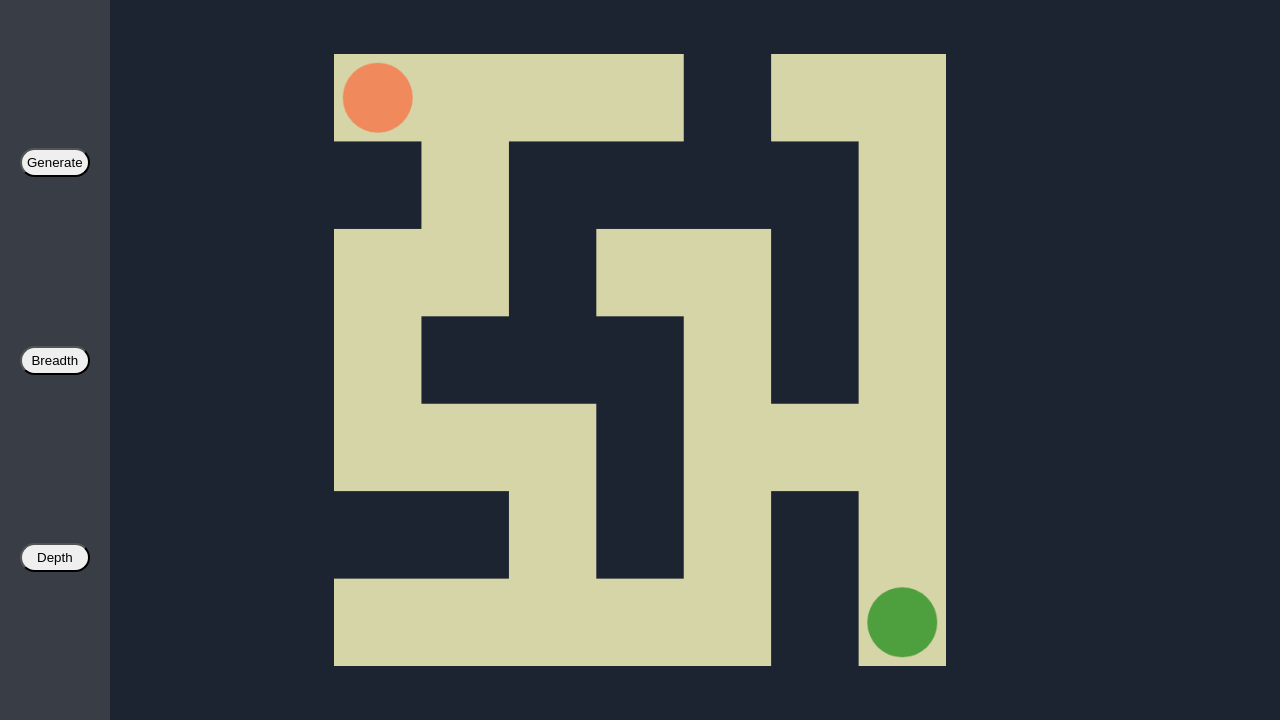
Repository: 2Friendly4You/advanced-maze-solver
Page: index.html
These files come from the project's save history. The page is drawn as it stood at one moment and after the next save; the edit follows.
The browser window is 1280 px wide. The pictures show the whole page.

Above is the page before, as saved 2022-09-20 14:20:25.

### index.html
<!DOCTYPE html>
<html lang="en">
<head>
    <meta charset="UTF-8">
    <meta http-equiv="X-UA-Compatible" content="IE=edge">
    <meta name="viewport" content="width=device-width, initial-scale=1.0">
    <title>Search Algorithms</title>
    <link rel="icon" type="image/x-icon" href=/images/favicon.ico">
    <link rel="stylesheet" href="styles.css">
    <script src="script.js" defer></script>
</head>
<body>
    <div class="buttonContainer">
        <button id="generateButton">Generate</button>
        <button id="breadthButton">Breadth</button>
        <button id="depthButton">Depth</button>
    </div>

    <canvas width="700" height="700"></canvas>
</body>
</html>

### styles.css
* {
    margin: 0;
    padding: 0;
}

body {
    background-color: #1B2430;
    width: 100%;
    height: 100%;
    display: flex;
    justify-items: center;
    align-items: center;
}

canvas {
    background-color: #1B2430;
    position: absolute;
    height: 85vmin;
    aspect-ratio: 1 / 1;
    resize: none;

    top: 50%;
    left: 50%;
    transform: translate(-50%, -50%);
}

.buttonContainer {
    background-color: #393E46;
    display: flex;
    flex-direction: column;
    justify-content: space-evenly;
    height: 100vh;
}

button {
    margin: 20px;
    border-radius: 20px;
    padding: 5px;
}

### script.js
// TODO low priority - change drawing so that only changed elements are redrawn
const EMPTY_COLOR = "#D6D5A8";
const WALL_COLOR = "#1B2430";
const VISITED_COLOR = "gray";
const PATH_COLOR = "#FF2E63"
const START_COLOR = "#F08A5D"
const END_COLOR = "#4E9F3D"

function Maze(canvas, ctx) {
    this.canvas = canvas
    this.ctx = ctx;
}

Maze.prototype = {

    setProperties(grid, start, end) {
        this.grid = grid;
        this.start = start;
        this.end = end;
        this.width = this.canvas.width / this.grid[0].length;
        this.height = this.canvas.height / this.grid.length;
    },

    draw(visited) {
        for(let r = 0; r < this.grid.length; ++r) {
            for(let c = 0; c < this.grid[0].length; ++c) {
                this.ctx.beginPath();
                this.ctx.fillStyle = EMPTY_COLOR;
                if(this.grid[r][c] == 1) {
                    this.ctx.fillStyle = WALL_COLOR;
                }
                if(typeof visited !== 'undefined' && visited.has([r, c].toString())) {
                    this.ctx.fillStyle = VISITED_COLOR;
                }
                this.ctx.fillRect(c * this.width, r * this.height, this.width, this.height);
            }
        }
        this.drawStartAndEnd();
    },

    drawStartAndEnd() {
        const drawCircle = (tile, color) => {
            this.ctx.beginPath();
            this.ctx.arc(tile[1] * this.width + this.width / 2, tile[0] * this.height + this.height / 2, this.width / 2.5, 0, Math.PI * 2);
            this.ctx.fillStyle = color;
            this.ctx.fill();
        }
        drawCircle(this.start, START_COLOR);
        drawCircle(this.end, END_COLOR);
    },

    drawPath(path) {
        for(const tile of path) {
            let [r, c] = tile;
            this.ctx.fillStyle = PATH_COLOR;
            this.ctx.fillRect(c * this.width, r * this.height, this.width, this.height);
        }
        this.drawStartAndEnd();
    },

    checkMovable(curr) {
        let [r, c] = curr;
        return 0 <= r && r < this.grid.length &&
               0 <= c && c < this.grid[0].length &&
               this.grid[r][c] == 0;
    },

    getAdjs(tile) {
        let [r, c] = tile;
        let possAdjs = [[r - 1, c], [r, c + 1], [r + 1, c], [r, c - 1]];
        return possAdjs.filter((possAdj) => this.checkMovable(possAdj));
    },

    getGenerationAdjs(curr) {
        let [r, c] = curr;
        let possPairs = [
            [[r - 1, c], [r - 2, c]],
            [[r, c + 1], [r, c + 2]],
            [[r + 1, c], [r + 2, c]],
            [[r, c - 1], [r, c - 2]]
        ];
        possPairs = possPairs.filter((possPair) => this.checkMovable(possPair[1]))

        const shuffle = (arr) => {
            for (let i = arr.length - 1; i > 0; i--) {
                const j = Math.floor(Math.random() * (i + 1));
                [arr[i], arr[j]] = [arr[j], arr[i]];
            }
        }
        shuffle(possPairs);
        return possPairs;
    },

    search(type, delay) {
        console.assert(type === "depth" || type === "breadth");
        let deque = [[this.start]];
        let visited = new Set();
        const searchStep = (deque, visited, type, delay) => {
            if(deque.length == 0) {
                return;
            }
            let path;
            if(type === "depth") {
                path = deque.pop();
            }
            else {
                path = deque.shift();
            }
            let curr = path[path.length - 1];
            if(visited.has(curr.toString())) {
                return searchStep(deque, visited, type, delay);
            }
            visited.add(curr.toString());
            this.draw(visited);

            if(arrayEquals(curr, this.end)) {
                this.drawPath(path);
                return path;
            }
            //TODO maybe reverse for depth or breadth
            for(const adj of this.getAdjs(curr)) {
                deque.push([...path, adj]);
            }
            setTimeout(() => searchStep(deque, visited, type, delay), delay);
        }
        searchStep(deque, visited, type, delay);
    },

    generate(size, delay) {
        this.setProperties(...prepareMaze(size));
        let genStart = generateRandomEvenCoord(this.grid.length);
        let stack = [[genStart, genStart]];
        let visited = new Set();
        const generateStep = (stack, visited, delay) => {
            if(stack.length == 0) {
                return "Done generating";
            }
            let [wall, curr] = stack.pop();
            if(visited.has(curr.toString())) {
                return generateStep(stack, visited, delay);;
            }
            // console.log(`visiting ${curr}`)
            visited.add(curr.toString());
            this.grid[wall[0]][wall[1]] = 0;
            this.draw();
            for(const pair of this.getGenerationAdjs(curr)) {
                stack.push(pair);
            }
            setTimeout(() => generateStep(stack, visited, delay), delay)
        }
        return generateStep(stack, visited, delay);
    },

    click(x, y) {
        // canvasSize = this.canvas.style.width;
        // console.log(`width: ${this.width} height:  ${this.height}`)
        console.log("x: " + x + " y: " + y);

        let row = Math.floor(y / parseFloat(getComputedStyle(this.canvas).height) * this.grid.length);
        let col = Math.floor(x / parseFloat(getComputedStyle(this.canvas).width) * this.grid.length);
        console.log(`row: ${row} col: ${col}`);

        this.grid[row][col] = 1;
        this.draw();
    }
}

function generateRandomEvenCoord(size) {
    const generateRandomEvenNumber = (max) => Math.floor(Math.random() * Math.floor(size/2)) * 2;
    let r = generateRandomEvenNumber(size);
    let c = generateRandomEvenNumber(size);
    return [r, c];
}

function prepareMaze(size) {
    console.assert(size % 2 === 1);
    let grid = [];
    for(let r = 0; r < size; r++) {
        let row = [];
        for(let c = 0; c < size; c++) {
            if(r % 2 === 0 && c % 2 === 0) {
                row.push(0);
            }
            else {
                row.push(1);
            }
        }
        grid.push(row);
    }
    let start = generateRandomEvenCoord(size);
    let end = generateRandomEvenCoord(size);
    return [grid, start, end];
}

function arrayEquals(a, b) {
    return Array.isArray(a) &&
      Array.isArray(b) &&
      a.length === b.length &&
      a.every((val, index) => val === b[index]);
}

function arrayContainsSubarray(bigArr, smallArr) {
    return bigArr.some((subarr) => (arrayEquals(smallArr, subarr)))
}

function main() {
    let canvas = document.querySelector("canvas");
    let ctx = canvas.getContext("2d");

    let generateButton = document.getElementById("generateButton");
    let breadthButton = document.getElementById("breadthButton");
    let depthButton = document.getElementById("depthButton");

    let size = 25;
    // let [grid, start, end] = prepareMaze(size);

    let maze = new Maze(canvas, ctx);
    let grid = [
        [0, 0, 0, 0, 1, 0, 0],
        [1, 0, 1, 1, 1, 1, 0],
        [0, 0, 1, 0, 0, 1, 0],
        [0, 1, 1, 1, 0, 1, 0],
        [0, 0, 0, 1, 0, 0, 0],
        [1, 1, 0, 1, 0, 1, 0],
        [0, 0, 0, 0, 0, 1, 0],
    ];
    let start = [0, 0];
    let end = [6, 6];
    maze.setProperties(grid, start, end);
    maze.draw();

    breadthButton.addEventListener("click", () => maze.search("breadth", 50));
    depthButton.addEventListener("click", () => maze.search("depth", 50));
    generateButton.addEventListener("click", () => maze.generate(19, 50));

    // let mouseDown = false;
    // document.addEventListener("mousedown", () => mouseDown = true);
    // document.addEventListener("mouseup", () => mouseDown = false);
    canvas.addEventListener("mousedown", (e) => {
        const rect = canvas.getBoundingClientRect();
        const x = e.clientX - rect.left;
        const y = e.clientY - rect.top;
        maze.click(x, y);
    });
}

main();

After the next save:
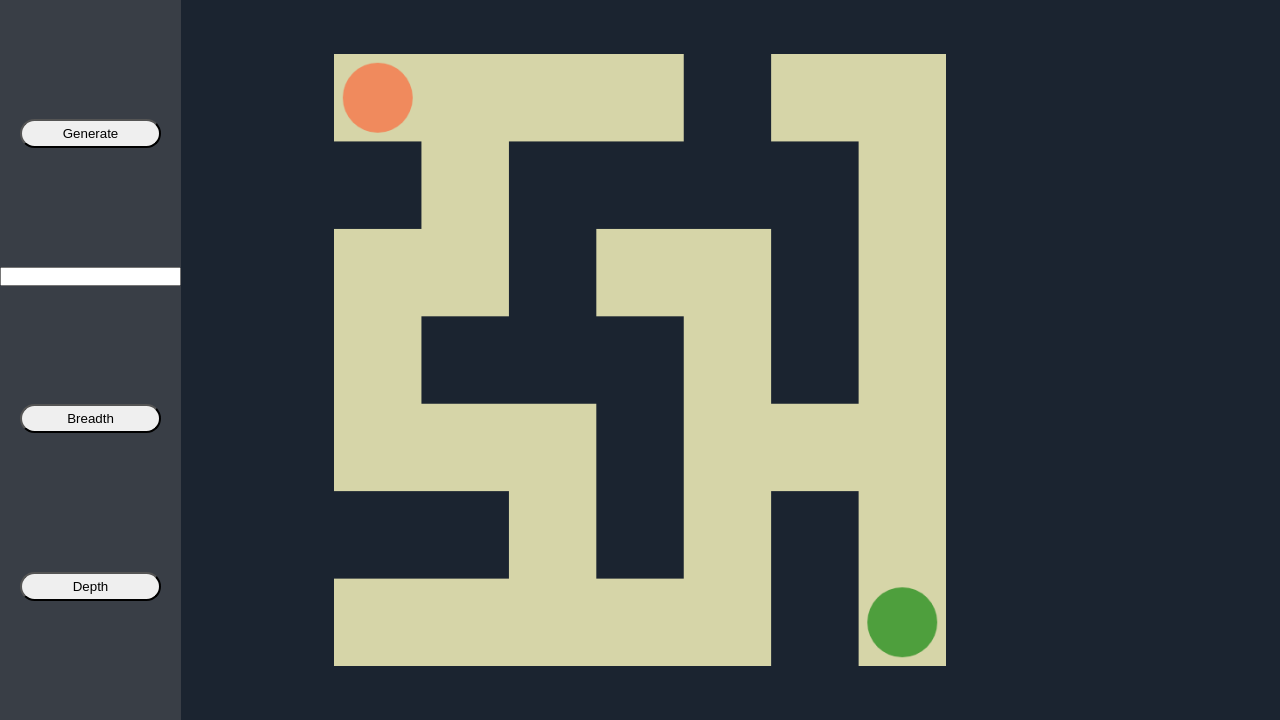
Saved 4 s later.
--- a/index.html
+++ b/index.html
@@ -12,6 +12,7 @@
 <body>
     <div class="buttonContainer">
         <button id="generateButton">Generate</button>
+        <input>
         <button id="breadthButton">Breadth</button>
         <button id="depthButton">Depth</button>
     </div>
